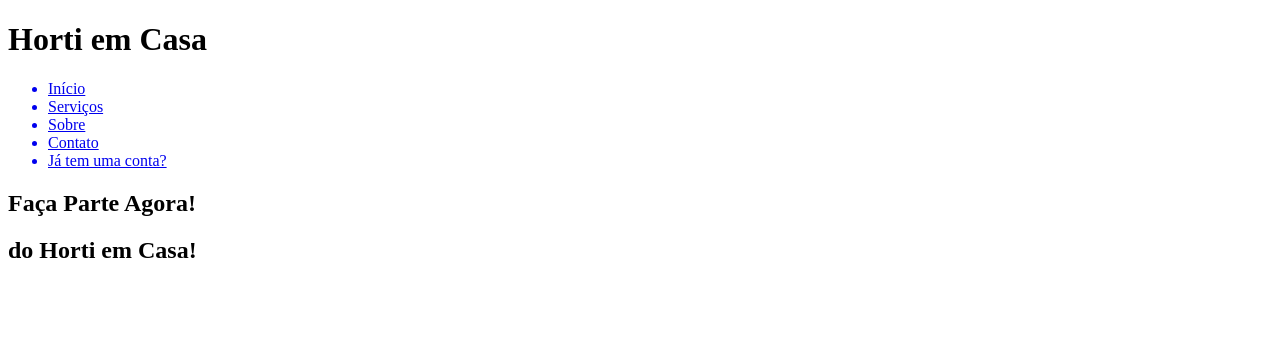
Repository: gabrielcastroo/horti-em-casa
Page: index.html
An editor plug-in stored every save of this project. The page is shown before and after the next save, followed by the edit.
The browser window is 1280 px wide. The pictures show the whole page.

Above is the page before, as saved 2022-04-13 09:45:02.

### index.html
<!DOCTYPE html>
<html lang="en">
<head>
    <meta charset="UTF-8">
    <meta http-equiv="X-UA-Compatible" content="IE=edge">
    <meta name="viewport" content="width=device-width, initial-scale=1.0">
    <title>Horti em Casa</title>
</head>
<body>
    <header>
        <div>
            <h1>
                Horti em Casa
            </h1>
        </div>

        <ul>
            <a href="#"><li>Início</li></a>
            <a href="#"><li>Serviços</li></a>
            <a href="#"><li>Sobre</li></a>
            <a href="#"><li>Contato</li></a>
            <a href="#"><li>Já tem uma conta?</li></a>
        </ul>
    </header>

    <main>
        <aside>
            <h2>
                Faça Parte Agora!
            </h2>
            <h2>
                do Horti em Casa!
            </h2>
        </aside>
    </main>

</body>
</html>

After the next save:
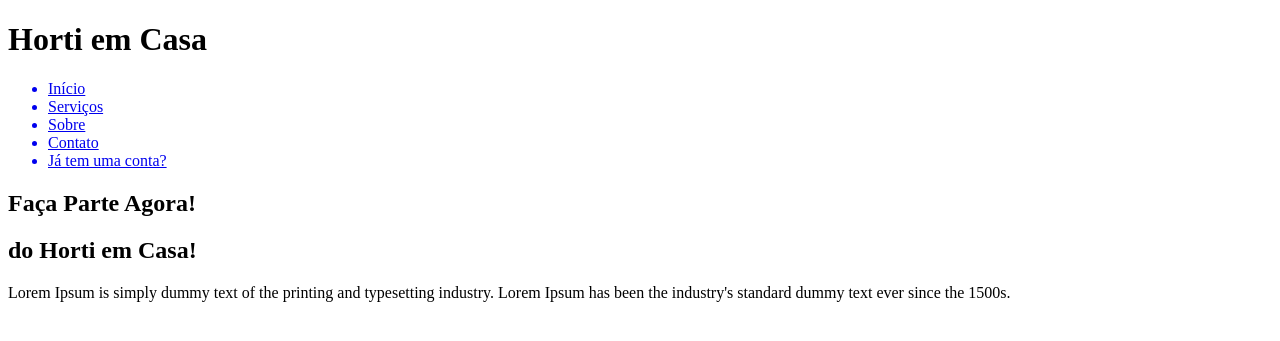
Saved 65 s later.
--- a/index.html
+++ b/index.html
@@ -31,6 +31,9 @@
             <h2>
                 do Horti em Casa!
             </h2>
+            <p>
+                Lorem Ipsum is simply dummy text of the printing and typesetting industry. Lorem Ipsum has been the industry's standard dummy text ever since the 1500s.
+            </p>
         </aside>
     </main>
 
